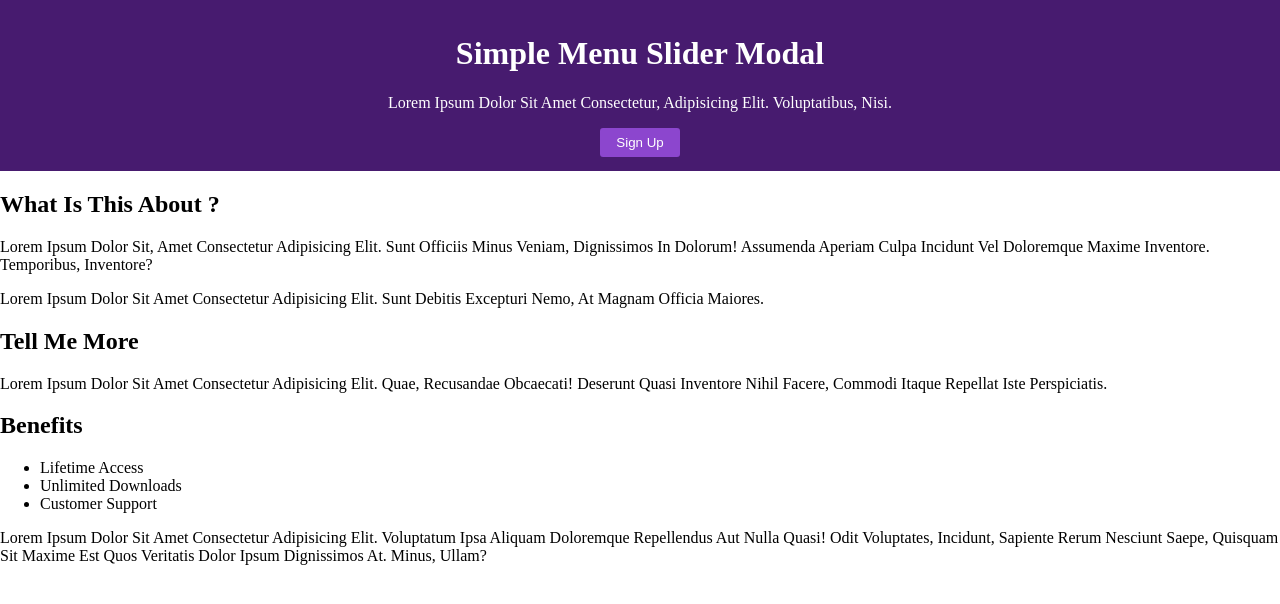
Repository: lilo750/Menu-Slider-modal
Page: index.html
These files come from the project's save history. The page is drawn as it stood at one moment and after the next save; the edit follows.
The browser window is 1280 px wide. The pictures show the whole page.

Above is the page before, as saved 2024-01-14 14:09:22.

After the next save:
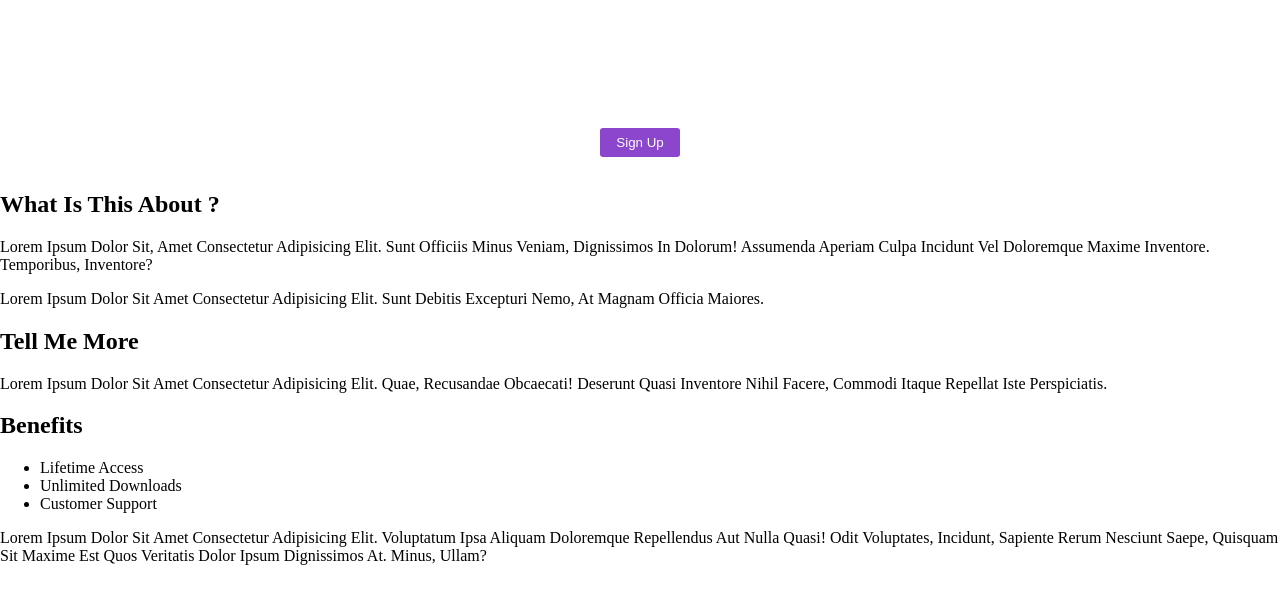
Saved 43 s later.
--- a/assets/style.css
+++ b/assets/style.css
@@ -6,7 +6,7 @@
 }
 
 header {
-    background-color: rgb(71, 27, 111);
+    /* background-color: rgb(71, 27, 111); */
     color: #fff;
     text-align: center;
     padding: 14px 8px;

After the save that followed:
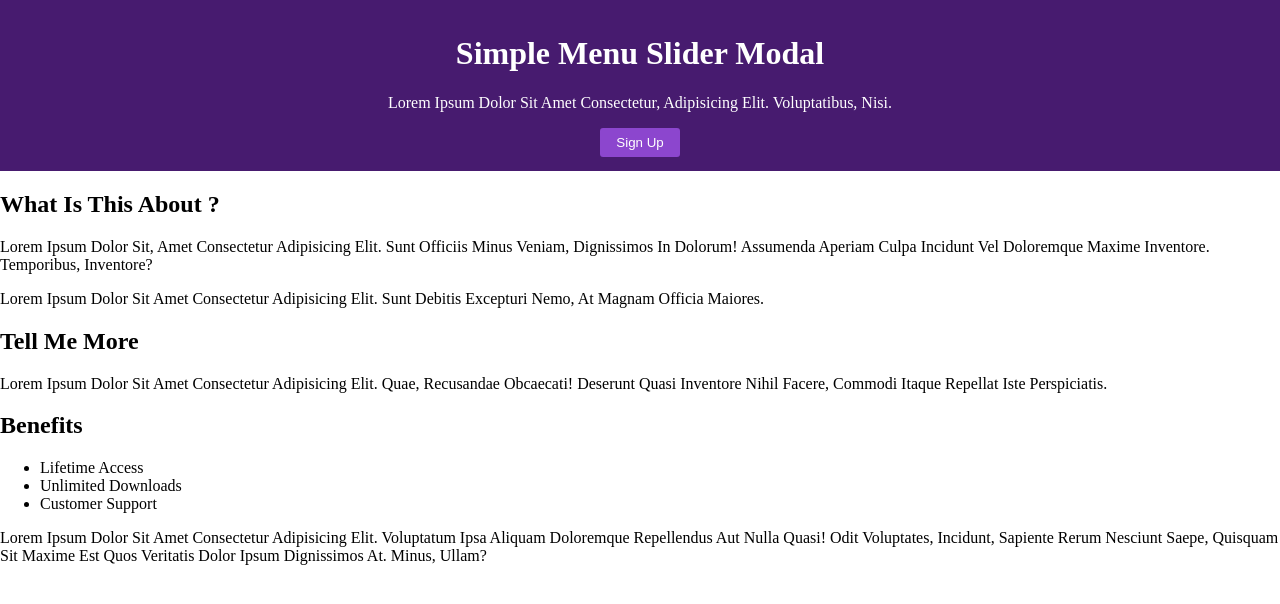
Saved 6 s later.
--- a/assets/style.css
+++ b/assets/style.css
@@ -6,7 +6,7 @@
 }
 
 header {
-    /* background-color: rgb(71, 27, 111); */
+    background-color: rgb(71, 27, 111);
     color: #fff;
     text-align: center;
     padding: 14px 8px;
